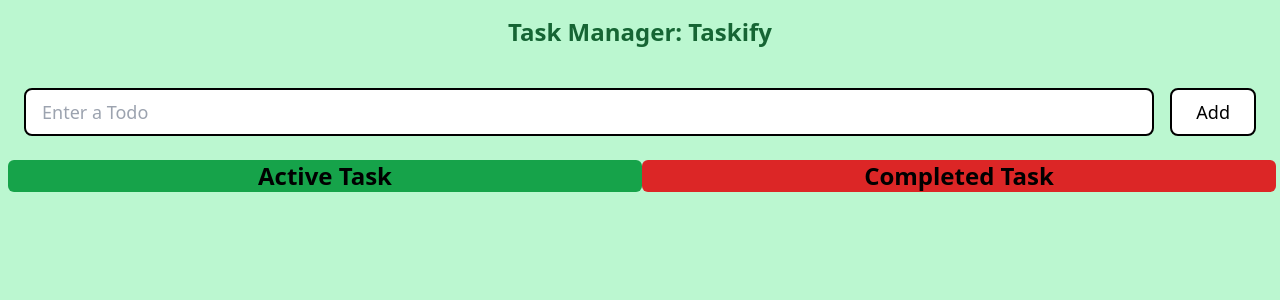
Repository: Dineshbhandari2023/Todo
Page: /
An editor plug-in stored every save of this project. The page is shown before and after the next save, followed by the edit.
The browser window is 1280 px wide. The pictures show the whole page.
Some web fonts or font styles are not loaded; a fallback is used. The project was rebuilt for these pictures with package versions that can differ from the ones it lists, and the page was loaded fresh each time. Also part of the build but not shown: src/Components/SingleTodo.tsx.

Above is the page before, as saved 2025-06-19 22:04:09.

### src/App.tsx
import React, { useState } from "react";
import "./App.css";
import InputFields from "./Components/InputFields";
import { Todo } from "./model";
import TodoList from "./Components/TodoList";

// //Learning Types
// let name: string;
// let age: number;
// let hobbies: string[];
// let role: [number, number, string];

// // Objects Can be defined using: types or interface
// type Animal = {
//   name: string;
//   age: number;
//   color?: string;
// };

// let myAnimal: Animal = {
//   name: "Dog",
//   age: 3,
//   color: "Brown",
// };

// let Animals: Animal[];

// //defining function in ts
// function printAnything(Animal: string) {
//   console.log(Animal);
// }

// printAnything("DOG");

const App: React.FC = () => {
  const [todo, setTodo] = useState<string>("");
  const [todos, setTodos] = useState<Todo[]>([]);

  const handleAdd = (e: React.FormEvent) => {
    e.preventDefault();
    if (todo) {
      setTodos([...todos, { id: Date.now(), todo: todo, isDone: false }]);
      setTodo("");
    }
  };
  console.log(todos);

  return (
    <div className="bg-green-200 h-screen">
      <h1 className="font-extrabold text-center text-green-800 text-2xl p-4">
        Task Manager: Taskify
      </h1>
      <InputFields todo={todo} setTodo={setTodo} handleAdd={handleAdd} />
      <TodoList todos={todos} setTodos={setTodos} />
    </div>
  );
};

export default App;

### src/App.css
@import url("https://fonts.googleapis.com/css2?family=Montserrat:ital@0;1&family=Savate:ital,wght@0,200..900;1,200..900&display=swap");

.App {
  text-align: center;
  font-family: "Montserrat", sans-serif;
}

### src/Components/InputFields.tsx
import React, { useRef } from "react";

interface Props {
  todo: string;
  setTodo: React.Dispatch<React.SetStateAction<string>>;
  handleAdd: (e: React.FormEvent) => void;
}

const InputFields = ({ todo, setTodo, handleAdd }: Props) => {
  const inputRef = useRef<HTMLInputElement>(null);
  return (
    <form
      className="flex gap-4 m-6"
      onSubmit={(e) => {
        handleAdd(e);
        inputRef.current?.blur();
      }}
    >
      <input
        ref={inputRef}
        type="text"
        value={todo}
        onChange={(e) => setTodo(e.target.value)}
        placeholder="Enter a Todo"
        className="flex-1 px-4 py-2 border-2 border-black rounded-lg text-lg focus:outline-none focus:ring-2 focus:ring-blue-500"
      />
      <button
        className="px-6 py-2 bg-white border-2 border-black rounded-lg text-lg font-medium hover:bg-blue-600 focus:outline-none focus:ring-2 focus:ring-blue-500"
        type="submit"
      >
        Add
      </button>
    </form>
  );
};

export default InputFields;

### src/Components/TodoList.tsx
import React from "react";
import { Todo } from "../model";
import SingleTodo from "./SingleTodo";

interface Props {
  todos: Todo[];
  setTodos: React.Dispatch<React.SetStateAction<Todo[]>>;
}

const TodoList = ({ todos, setTodos }: Props) => {
  return (
    <div className="flex justify-between">
      <div className="w-2/4 bg-green-600 rounded-md ml-2">
        <h1 className="text-center text-2xl font-extrabold">Active Task</h1>
        <div>
          {todos.map((todo) => (
            <SingleTodo
              todo={todo}
              key={todo.id}
              todos={todos}
              setTodos={setTodos}
            />
          ))}
        </div>
      </div>
      <div className="w-2/4 bg-red-600 rounded-md mr-1">
        <h1 className="text-center text-2xl font-extrabold">Completed Task</h1>
        <div>
          {todos.map((todo) => (
            <SingleTodo
              todo={todo}
              key={todo.id}
              todos={todos}
              setTodos={setTodos}
            />
          ))}
        </div>
      </div>
    </div>
  );
};

export default TodoList;

Loaded but not shown: public/index.html (common file); src/index.tsx (common file); src/index.css (common file); tailwind.config.js (common file)

After the next save:
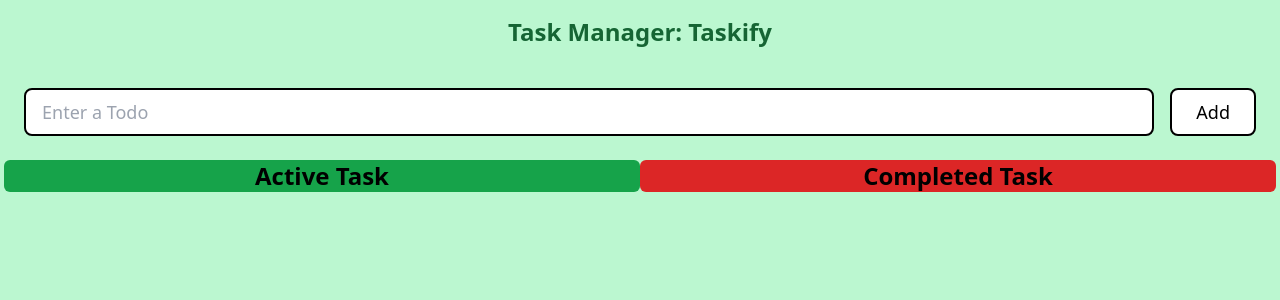
Saved 5 s later.
--- a/src/Components/TodoList.tsx
+++ b/src/Components/TodoList.tsx
@@ -10,7 +10,7 @@ interface Props {
 const TodoList = ({ todos, setTodos }: Props) => {
   return (
     <div className="flex justify-between">
-      <div className="w-2/4 bg-green-600 rounded-md ml-2">
+      <div className="w-2/4 bg-green-600 rounded-md ml-1">
         <h1 className="text-center text-2xl font-extrabold">Active Task</h1>
         <div>
           {todos.map((todo) => (
